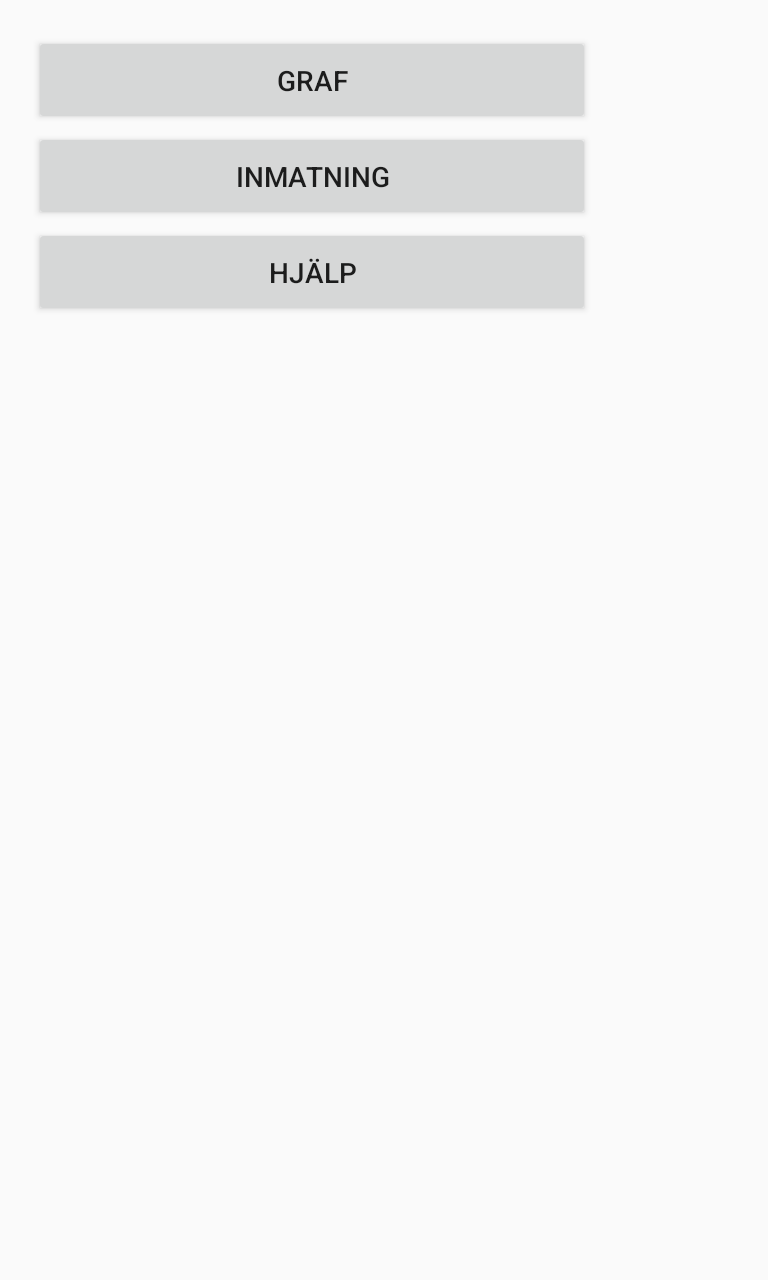
Repository: Dinova/Studiekoll
Layout: Studiekoll/Studiekoll/res/layout/fragment_main.xml
An editor plug-in stored every save of this project. The layout is shown before and after the next save, followed by the edit.
It is drawn on a 768 x 1280 px phone screen (xhdpi) without system bars, with theme AppTheme; the app's code is not run.

Above is the layout before, as saved 2014-05-19 09:35:14.

After the next save:
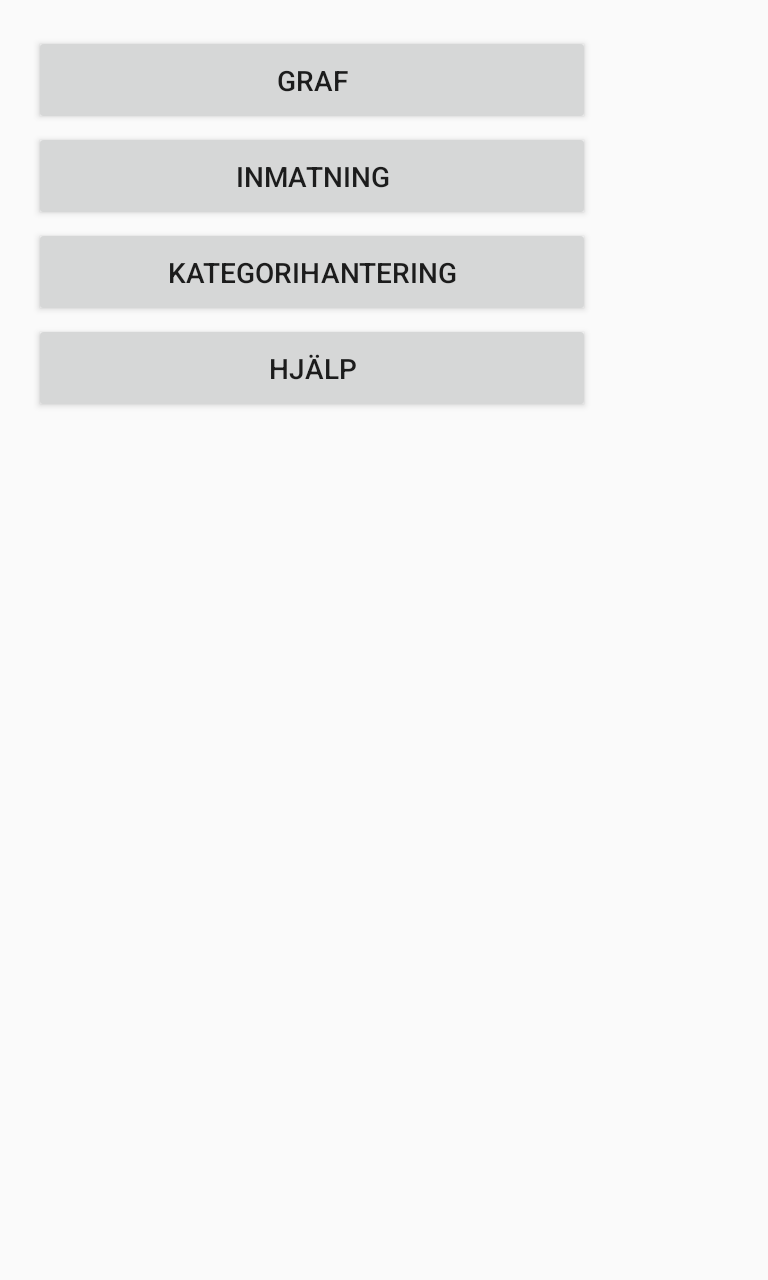
Saved 15 s later.
--- a/Studiekoll/Studiekoll/res/layout/fragment_main.xml
+++ b/Studiekoll/Studiekoll/res/layout/fragment_main.xml
@@ -24,6 +24,13 @@
 	    android:onClick="createInputActivity" />
 
 	<Button
+	    android:id="@+id/category_button"
+	    android:layout_width="280dp"
+	    android:layout_height="wrap_content"
+	    android:text="@string/button_category"
+	    android:onClick="createCategoryActivity" />
+
+	<Button
 	    android:id="@+id/help_button"
 	    android:layout_width="280dp"
 	    android:layout_height="wrap_content"
